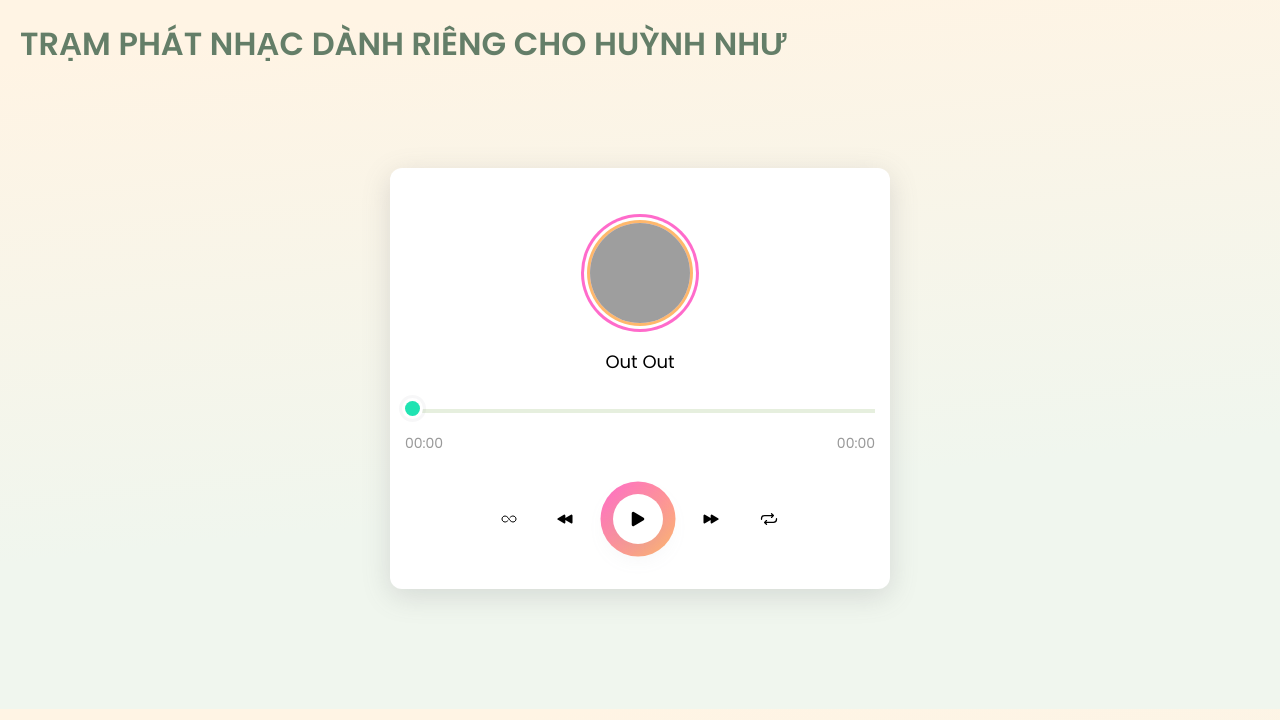
Repository: VuTuanAnh0949/Mp3
Page: index.html
An editor plug-in stored every save of this project. The page is shown before and after a run of saves, followed by the edit.
The browser window is 1280 px wide. The pictures show the whole page.
Pictures or frames that could not be fetched are drawn as grey boxes.

Above is the page before, as saved 2022-09-25 14:59:36.

After the next 2 saves:
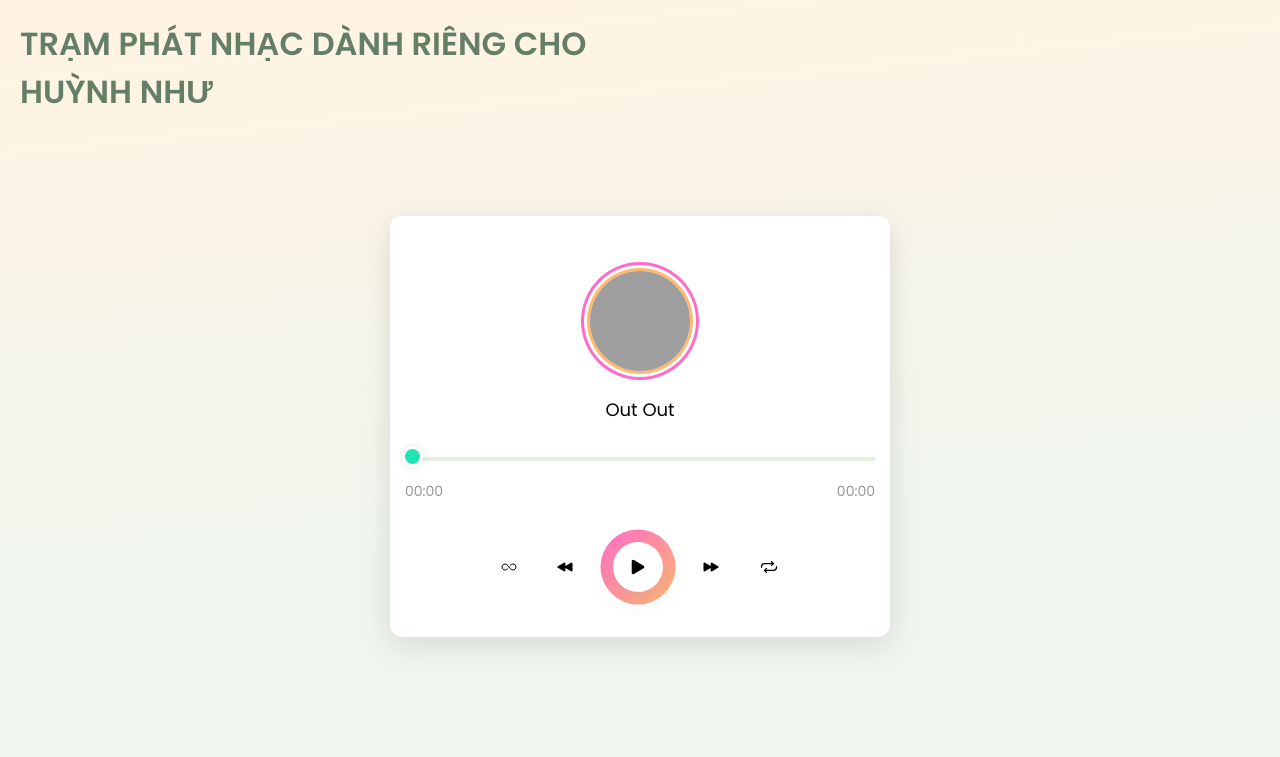
The 2 saves are shown as one change because they came seconds apart.
The last was saved 6 s later.
--- a/index.html
+++ b/index.html
@@ -16,7 +16,8 @@
 
 <body>
     <div class="title">
-        <h1>TRẠM PHÁT NHẠC DÀNH RIÊNG CHO HUỲNH NHƯ</h1>
+        <h1>TRẠM PHÁT NHẠC DÀNH RIÊNG CHO </h1>
+        <h1>HUỲNH NHƯ</h1>
     </div>
     <div class="music">
         <div class="music-thumb">
